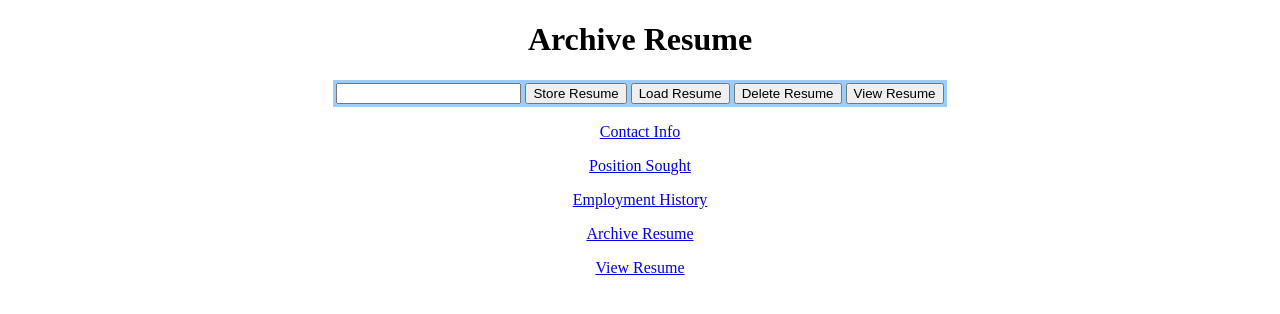
Repository: HyveMynd/cs4540
Page: http://localhost/archive.php
An editor plug-in stored every save of this project. The page is shown before and after the next save, followed by the edit.
The browser window is 1280 px wide. The pictures show the whole page.
Some web libraries are served in a nearby version. The page is run by PHP 8.4 with error messages shown; the project is at /var/www/html/.

Above is the page before, as saved 2013-02-18 06:12:49.

### ps5/archive.php
<?php
require 'functions.php';
$resName;
if(isset($_SESSION['resumeName']))
	$resName = $_SESSION['resumeName'];
else
	$resName = "";


?>
<!DOCTYPE html PUBLIC "-//W3C//DTD HTML 4.01 Transitional//EN" "http://www.w3.org/TR/html4/loose.dtd">
<html>
<head>
<meta http-equiv="Content-Type" content="text/html; charset=UTF-8">
<link rel="stylesheet" href="style.css" type="text/css" />
<script src="//ajax.googleapis.com/ajax/libs/jquery/1.8.2/jquery.min.js" type="text/javascript"></script>
<script src=resume.js type="text/javascript"></script>
<title>Employment History</title>
</head>
<body class='archive'>
	<h1>Archive Resume</h1>
	<form method="post">
	<table>
		<tr>
			<td><input type="text" value="<?php echo $resName?>" maxlength="20" /></td>
			<td><input type="submit" value="Store Resume" /></td>
			<td><input type="button" value="Load Resume" /></td>
			<td><input type="button" value="Delete Resume" /></td>
			<td><input type="button" value="View Resume" /></td>
		</tr>
	</table>
	</form>
	<p><a href="contactInfo.php" >Contact Info</a></p>
	<p><a href="positionSought.php" >Position Sought</a></p>
	<p><a href="employmentHistory.php" >Employment History</a></p>
	<p><a href="archive.php" >Archive Resume</a></p>
	<p><a href="resume.php" >View Resume</a></p>
</body>

### ps5/functions.php
<?php

//output session variables if they are set
function sticky ($name){
	if (isset($_REQUEST[$name])){
		$_SESSION[$name] = $_REQUEST[$name];
		echo $_REQUEST[$name];
	}
	elseif (isset($_SESSION[$name])){
		echo $_SESSION[$name];
	}
}

?>

### ps5/style.css
@CHARSET "UTF-8";

body{
	background-color:#FFFFFF;
	font:arial, sans-serif;
	text-align:center;
	margin-left:auto;
	margin-right: auto;
}
div{
	background-color:#99CCFF;
	width:400px;
	margin-left:auto;
	margin-right: auto;
	height:80px
}
table{
	background-color:#99CCFF;
	font-size:15px;
	font-style:normal;
	margin-left:auto;
	margin-right:auto;
}

### ps5/resume.js
function addField(){
	$('h1').append("<section><table><tr><td>Enter the Start Date:</td><td><input name='startDate[]' type=date value='' required /></td><td><input class='remove' type='button' value='remove' /></td></tr><tr><td>Enter the End Date:</td><td><input name='endDate[]' type=date value='' required /></td></tr></table><table><tr><th>Enter a brief description of your responsibilities:</th></tr><tr><td><textarea name='desc[]' rows=10 cols=50 required></textarea></td></tr></table></section>");
	attachRemove();
};

function initializeFields(n){
	$('h1').append("<section><table><tr><td>Enter the Start Date:</td><td><input name='startDate[]' type=date value='"+startArray[n]+"' required /></td><td><input class='remove' type='button' value='remove' /></td></tr><tr><td>Enter the End Date:</td><td><input name='endDate[]' type=date value='"+endArray[n]+"' required /></td></tr></table><table><tr><th>Enter a brief description of your responsibilities:</th></tr><tr><td><textarea name='desc[]' rows=10 cols=50 required>"+descArray[n]+"</textarea></td></tr></table></section>");
};

function populateFields(count){
	for (var i = 0; i < count; i++)
		initializeFields(i);
}

function addReadonly(n){
	for (var i = 0; i < n; i++)
		$('#employ').append("<table><tr><td>Enter the Start Date:</td><td><input name='startDate[]' type=date value='"+startArray[i]+"' readonly /></td></tr><tr><td>Enter the End Date:</td><td><input name='endDate[]' type=date value='"+endArray[i]+"' readonly /></td></tr></table><table><tr><th>Enter a brief description of your responsibilities:</th></tr><tr><td><textarea name='desc[]' rows=10 cols=50 readonly>"+descArray[i]+"</textarea></td></tr></table>");
}

function highlightInput(input){
	$(input).css('border', '3px #FF0000 solid');
}

function attachRemove(){
	$('.remove').click(function (){
		removeSection($(this));
	});
}

function removeSection(button){
	$(button).closest($('section')).remove();
}

function validate(){
	var invalid = false;

	//loop through inputs
	$('input').each(function (){
		if ($(this).val() == ''){
			highlightInput($(this));
			invalid = true;
		}
	});

	//loop through textareas
	$('textarea').each(function (){
		if ($(this).val() == ''){
			highlightInput($(this));
			invalid = true;
		}
	});
	if(!invalid)
		$('form').submit();
}

After the next save:
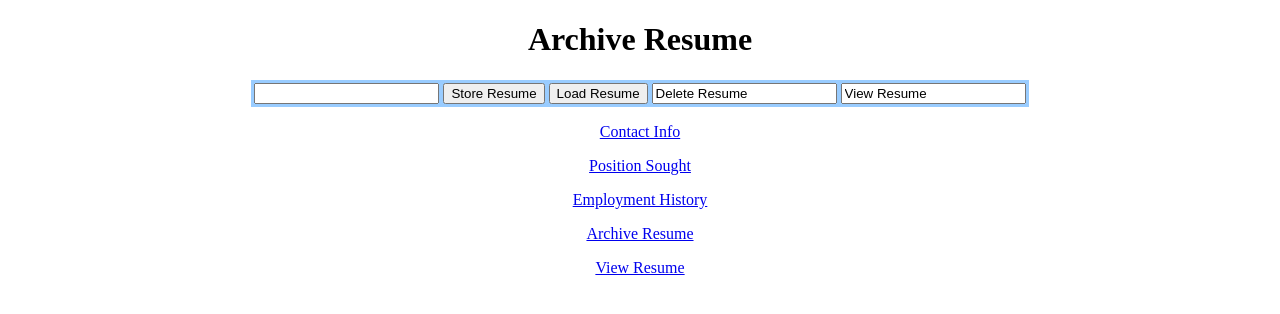
Saved 13 s later.
--- a/ps5/archive.php
+++ b/ps5/archive.php
@@ -24,9 +24,9 @@
 		<tr>
 			<td><input type="text" value="<?php echo $resName?>" maxlength="20" /></td>
 			<td><input type="submit" value="Store Resume" /></td>
-			<td><input type="button" value="Load Resume" /></td>
-			<td><input type="button" value="Delete Resume" /></td>
-			<td><input type="button" value="View Resume" /></td>
+			<td><input type="submit" value="Load Resume" /></td>
+			<td><input type="sbmit" value="Delete Resume" /></td>
+			<td><input type="sbbmit" value="View Resume" /></td>
 		</tr>
 	</table>
 	</form>

After the save that followed:
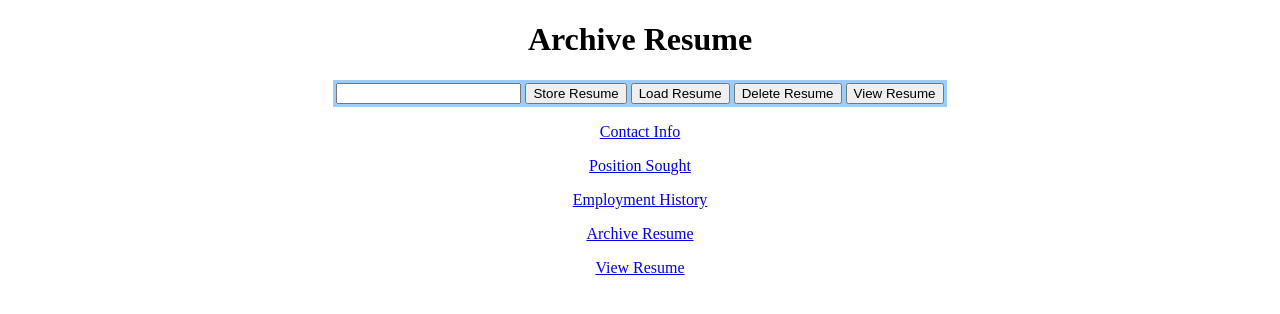
Saved 19 s later.
--- a/ps5/archive.php
+++ b/ps5/archive.php
@@ -25,8 +25,8 @@
 			<td><input type="text" value="<?php echo $resName?>" maxlength="20" /></td>
 			<td><input type="submit" value="Store Resume" /></td>
 			<td><input type="submit" value="Load Resume" /></td>
-			<td><input type="sbmit" value="Delete Resume" /></td>
-			<td><input type="sbbmit" value="View Resume" /></td>
+			<td><input type="submit" value="Delete Resume" /></td>
+			<td><input type="submit" value="View Resume" /></td>
 		</tr>
 	</table>
 	</form>
